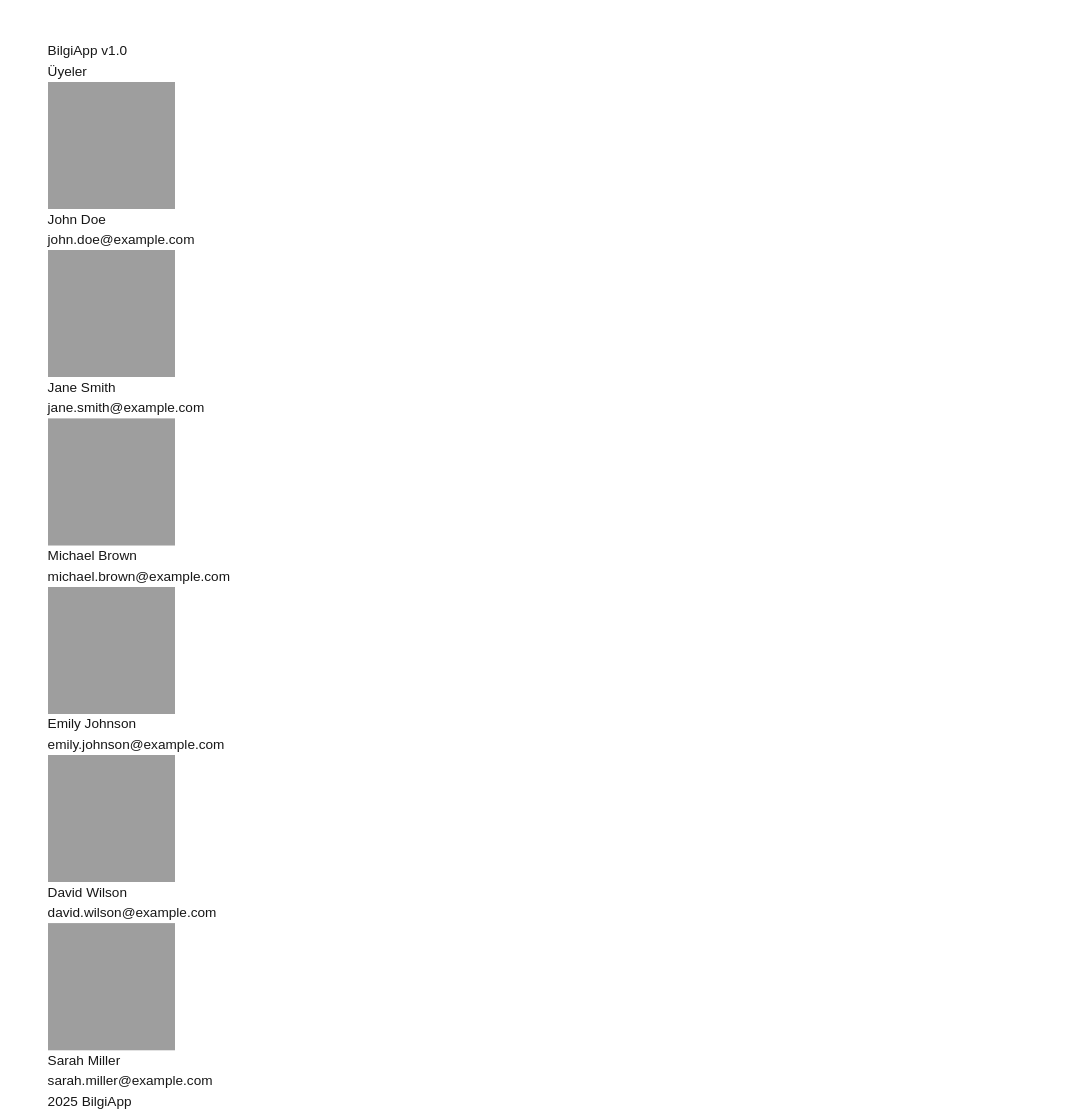
Repository: caglargkc/LessonsCode
Page: / (app in HasanTokatli-React-2024/BilgiYarismasi/bilgi-yarismasi/)
An editor plug-in stored every save of this project. The page is shown before and after the next save, followed by the edit.
The browser window is 1280 px wide. The pictures show the whole page, at 85% of full size.
Pictures or frames that could not be fetched are drawn as grey boxes. The project was rebuilt for these pictures with package versions that can differ from the ones it lists, and the page was loaded fresh each time. The framework's server and built-in components were replaced by stand-ins that run in the browser. Also part of the build but not shown: HasanTokatli-React-2024/BilgiYarismasi/bilgi-yarismasi/next.config.ts.

Above is the page before, as saved 2025-02-02 17:50:33.

### HasanTokatli-React-2024/BilgiYarismasi/bilgi-yarismasi/app/layout.tsx
import type { Metadata } from "next";
import { Geist, Geist_Mono } from "next/font/google";
import "./globals.css";

const geistSans = Geist({
  variable: "--font-geist-sans",
  subsets: ["latin"],
});

const geistMono = Geist_Mono({
  variable: "--font-geist-mono",
  subsets: ["latin"],
});

export const metadata: Metadata = {
  title: "Create Next App",
  description: "Generated by create next app",
};

export default function RootLayout({
  children,
}: Readonly<{
  children: React.ReactNode;
}>) {
  return (
    <html lang="tr">
      <body
        className={`${geistSans.variable} ${geistMono.variable} antialiased`}
      >
        <div className="max-w-[1200px] mx-auto px-4 mt-[3rem]">
        <header>
          <h1>BilgiApp v1.0</h1>
        </header>
        <main>{children}</main>
         <footer>
          <p>2025 BilgiApp</p>
        </footer>
        </div>

      </body>
    </html>
  );
}

### HasanTokatli-React-2024/BilgiYarismasi/bilgi-yarismasi/app/page.tsx
function Uyeler() {
  return (
    <div>
      <h2>Üyeler</h2>

      <div className="uye-listesi">
        <div>
          <img src="https://i.pravatar.cc/150?img=1" alt="John Doe" />
          <p>John Doe</p>
          <p>john.doe@example.com</p>
        </div>

        <div>
          <img src="https://i.pravatar.cc/150?img=2" alt="Jane Smith" />
          <p>Jane Smith</p>
          <p>jane.smith@example.com</p>
        </div>

        <div>
          <img src="https://i.pravatar.cc/150?img=3" alt="Michael Brown" />
          <p>Michael Brown</p>
          <p>michael.brown@example.com</p>
        </div>

        <div>
          <img src="https://i.pravatar.cc/150?img=4" alt="Emily Johnson" />
          <p>Emily Johnson</p>
          <p>emily.johnson@example.com</p>
        </div>

        <div>
          <img src="https://i.pravatar.cc/150?img=5" alt="David Wilson" />
          <p>David Wilson</p>
          <p>david.wilson@example.com</p>
        </div>

        <div>
          <img src="https://i.pravatar.cc/150?img=6" alt="Sarah Miller" />
          <p>Sarah Miller</p>
          <p>sarah.miller@example.com</p>
        </div>
      </div>
    </div>
  );
}

export default Uyeler;

Loaded but not shown: HasanTokatli-React-2024/BilgiYarismasi/bilgi-yarismasi/app/globals.css (common file); HasanTokatli-React-2024/BilgiYarismasi/bilgi-yarismasi/tailwind.config.ts (common file)

After the next save:
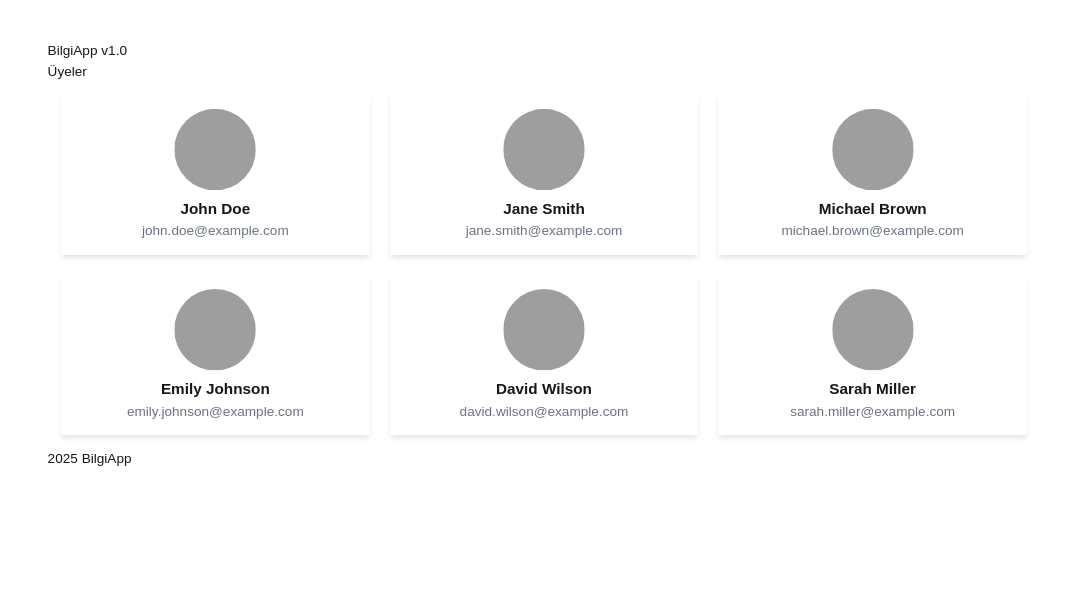
Saved 3 min 33 s later.
--- a/HasanTokatli-React-2024/BilgiYarismasi/bilgi-yarismasi/app/page.tsx
+++ b/HasanTokatli-React-2024/BilgiYarismasi/bilgi-yarismasi/app/page.tsx
@@ -3,41 +3,65 @@ function Uyeler() {
     <div>
       <h2>Üyeler</h2>
 
-      <div className="uye-listesi">
-        <div>
-          <img src="https://i.pravatar.cc/150?img=1" alt="John Doe" />
-          <p>John Doe</p>
-          <p>john.doe@example.com</p>
+      <div className="grid grid-cols-1 sm:grid-cols-2 lg:grid-cols-3 gap-6 p-4">
+        <div className="flex flex-col items-center bg-white p-4 rounded-lg shadow-md">
+          <img
+            src="https://i.pravatar.cc/150?img=1"
+            alt="John Doe"
+            className="w-24 h-24 rounded-full"
+          />
+          <p className="mt-2 text-lg font-semibold">John Doe</p>
+          <p className="text-gray-500">john.doe@example.com</p>
         </div>
 
-        <div>
-          <img src="https://i.pravatar.cc/150?img=2" alt="Jane Smith" />
-          <p>Jane Smith</p>
-          <p>jane.smith@example.com</p>
+        <div className="flex flex-col items-center bg-white p-4 rounded-lg shadow-md">
+          <img
+            src="https://i.pravatar.cc/150?img=2"
+            alt="Jane Smith"
+            className="w-24 h-24 rounded-full"
+          />
+          <p className="mt-2 text-lg font-semibold">Jane Smith</p>
+          <p className="text-gray-500">jane.smith@example.com</p>
         </div>
 
-        <div>
-          <img src="https://i.pravatar.cc/150?img=3" alt="Michael Brown" />
-          <p>Michael Brown</p>
-          <p>michael.brown@example.com</p>
+        <div className="flex flex-col items-center bg-white p-4 rounded-lg shadow-md">
+          <img
+            src="https://i.pravatar.cc/150?img=3"
+            alt="Michael Brown"
+            className="w-24 h-24 rounded-full"
+          />
+          <p className="mt-2 text-lg font-semibold">Michael Brown</p>
+          <p className="text-gray-500">michael.brown@example.com</p>
         </div>
 
-        <div>
-          <img src="https://i.pravatar.cc/150?img=4" alt="Emily Johnson" />
-          <p>Emily Johnson</p>
-          <p>emily.johnson@example.com</p>
+        <div className="flex flex-col items-center bg-white p-4 rounded-lg shadow-md">
+          <img
+            src="https://i.pravatar.cc/150?img=4"
+            alt="Emily Johnson"
+            className="w-24 h-24 rounded-full"
+          />
+          <p className="mt-2 text-lg font-semibold">Emily Johnson</p>
+          <p className="text-gray-500">emily.johnson@example.com</p>
         </div>
 
-        <div>
-          <img src="https://i.pravatar.cc/150?img=5" alt="David Wilson" />
-          <p>David Wilson</p>
-          <p>david.wilson@example.com</p>
+        <div className="flex flex-col items-center bg-white p-4 rounded-lg shadow-md">
+          <img
+            src="https://i.pravatar.cc/150?img=5"
+            alt="David Wilson"
+            className="w-24 h-24 rounded-full"
+          />
+          <p className="mt-2 text-lg font-semibold">David Wilson</p>
+          <p className="text-gray-500">david.wilson@example.com</p>
         </div>
 
-        <div>
-          <img src="https://i.pravatar.cc/150?img=6" alt="Sarah Miller" />
-          <p>Sarah Miller</p>
-          <p>sarah.miller@example.com</p>
+        <div className="flex flex-col items-center bg-white p-4 rounded-lg shadow-md">
+          <img
+            src="https://i.pravatar.cc/150?img=6"
+            alt="Sarah Miller"
+            className="w-24 h-24 rounded-full"
+          />
+          <p className="mt-2 text-lg font-semibold">Sarah Miller</p>
+          <p className="text-gray-500">sarah.miller@example.com</p>
         </div>
       </div>
     </div>
